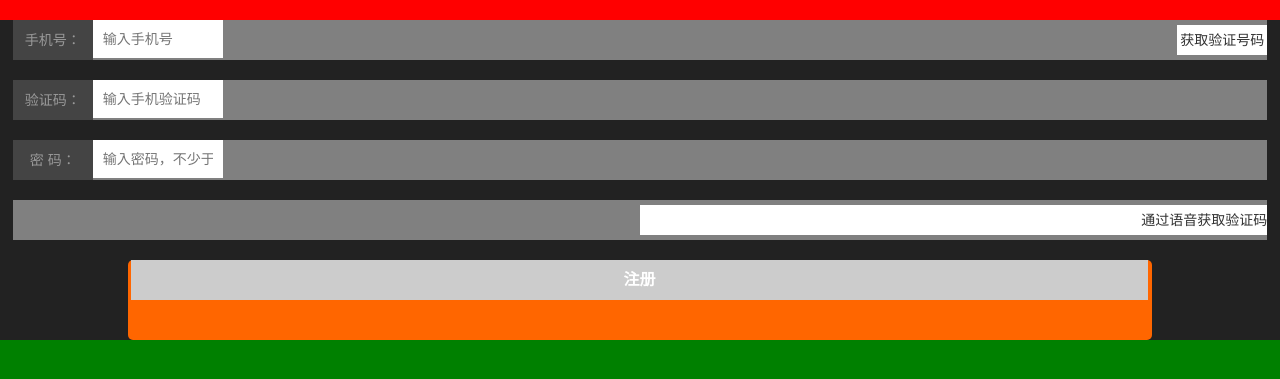
Repository: wangxinjun08231116/Html5Views
Page: WangXinJun/WebContent/htmls/QCF/ZhuCe.html
The author's editor kept a copy of each file at every save. The page is drawn from the files as they stood at one save, then again after the next save.
The browser window is 1280 px wide. The pictures show the whole page.

Above is the page before, as saved 2015-01-22 06:42:00.

### WangXinJun/WebContent/htmls/QCF/ZhuCe.html
<!DOCTYPE HTML>
<html>
<head>
<meta http-equiv="Content-Type" content="text/html; charset=utf-8">
<title>test</title>
 <link href="/WangXinJun/css/QCF/ZhuCe.css" rel="stylesheet" type="text/css"/>
 <style type="text/css">
	.topmargin {
		margin-top: 0px;
	}
</style>

</head>


<body>
<!-- div 默认有高度为0 ，body是有最小高度的 ， html 是整个页面的高度 -->
<div class="page" >
	  <div class="phoneNumberDiv" >
	 			    <p class="text-pan"> 手机号： </p>
	                <input id="verifyCode" class="text-box" type="tel" maxlength="4" placeholder="输入手机号" data-value="输入手机号" onkeyup="checkfade2(this)">
	                <a class="yanZhengBt">获取验证号码</a>
	  </div>

	   <div class="yanZhengNumberDiv" >
	   	 	 <p class="text-pan"> 验证码： </p>
              <input id="verifyCode" class="text-box" type="tel" maxlength="4" placeholder="输入手机验证码" data-value="输入手机验证码" onkeyup="checkfade2(this)">
	  </div>

	  <div class="passwordNumberDiv" >
	  	   	 	 <p class="text-pan"> 密 码： </p>
                 <input id="verifyCode" class="text-box" type="tel" maxlength="4" placeholder="输入密码，不少于6位" data-value="输入密码，不少于6位" onkeyup="checkfade2(this)">
	  </div>
	  <div  class="passwordNumberDiv">
	  		<p class="yuyinYanZhengPan"> 通过语音获取验证码 </p>
	  </div>

	 <div  class="zhuCeDiv">
			<a class="zhuCeA"> 注册 </a>
	  </div>




<!--

      <div class="phoneNumber" >

	  </div>
	  <div class="yanZhengNumber" >

	  </div>

  -->

</div>

</body>
</html>

### WangXinJun/WebContent/css/QCF/ZhuCe.css
* {margin:0;padding:0;}
html{
	background-color:green;
}

body {
    background-color: #f0f0f0;
    font-size: 12px;
   	width:100%;
	background-color:red;
	/*内边距20  */
	padding-top:20px;


}
/*自己的尺寸，对齐中的元素进行计算，但是不计算最后的元素的下边距  */
.page {
	width:100%;
    background-color: #222;
    color: #333;
    font-family: "Microsoft Yahei","Simsun",Helvetica,Arial,sans-serif;
}
.phoneNumberDiv{
	height:40px;
	width:98%;
    background-color:gray;
    /*不可设置，margin:20px auto;不然body会下来。
      第一行设置有问题。
     */
	margin:0px auto;
    /* 上下外边距20px,左右自动适应，居中。 */
}

.yanZhengNumberDiv{
    font-size: 12px;
	height:40px;
	width:98%;
    background-color:gray;
    /* 上下外边距20px,左右自动适应，居中。 */
	margin:20px auto;
}
.yanZhengBt{
	/*不是自动布局了，有尺寸，有位置了  */
	float: right;
	height:30px;
	font-size: 14px;
	line-height:30px;
	width:90px;
    background-color:white;
    /* 上下外边距20px,左右自动适应，居中。 */
	margin-left:10px;
	margin-top:5px;
	vertical-align:middle;
	text-align:center;
}
.yuyinYanZhengPan{
	float: right;
	height:30px;
	font-size: 14px;
	line-height:30px;
	width:50%;
    background-color:white;
    /* 上下外边距20px,左右自动适应，居中。 */
	margin-left:10px;
	margin-top:5px;
	text-align:right;
}


.passwordNumberDiv{
	height:40px;
	width:98%;
    background-color:gray;
    /* 上下外边距20px,左右自动适应，居中。 */
	margin:20px auto;
}

.text-pan {
	float:left;
    color: #999;
    background-color: #444;
    font-size: 14px;
    width: 80px;
    height: 40px;
    line-height:40px;
   	text-align:center;


}
.text-box {
	float:left;
    border: medium none;
    color: #999;
    background-color: #fff;
    font-size: 14px;
    height: 38px;
    width: 110px;
    padding: 0 10px;
}
/*注册  */

.zhuCeDiv{
	width : 80%;
	height : 80px;
	line-height: 40px;
	background-color: #f60;
    border-radius: 5px;
    color: #fff;
    font-size: 16px;
    font-weight: bold;
    text-align: center;
    /* 上下外边距20px,左右自动适应，居中。 */
	margin:20px auto;

}

/*display：block；比较常用于<a><span>这两个标签——因为这两个标签非块元素，如果不用display：block定义一下，
那么定义width、height等和长宽相关的css属性时会发现完全不生效。你可以实际写几行简单代码感受一下。  */
.zhuCeA{
	position:relative;
	margin-top:5px;
	margin-left:3px;
	margin-right:4px;
	margin-bottom:6px;
	background-color: #ccc;
    display: block;
}

After the next save:
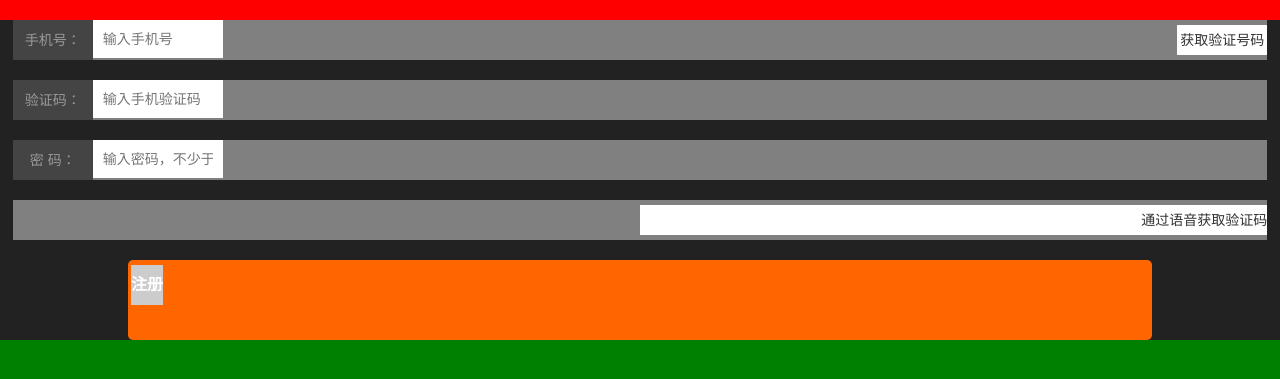
Saved 44 s later.
--- a/WangXinJun/WebContent/css/QCF/ZhuCe.css
+++ b/WangXinJun/WebContent/css/QCF/ZhuCe.css
@@ -117,7 +117,10 @@ body {
 /*display：block；比较常用于<a><span>这两个标签——因为这两个标签非块元素，如果不用display：block定义一下，
 那么定义width、height等和长宽相关的css属性时会发现完全不生效。你可以实际写几行简单代码感受一下。  */
 .zhuCeA{
-	position:relative;
+/* 	position:relative;
+ */
+ 	position:absolute;
+
 	margin-top:5px;
 	margin-left:3px;
 	margin-right:4px;
